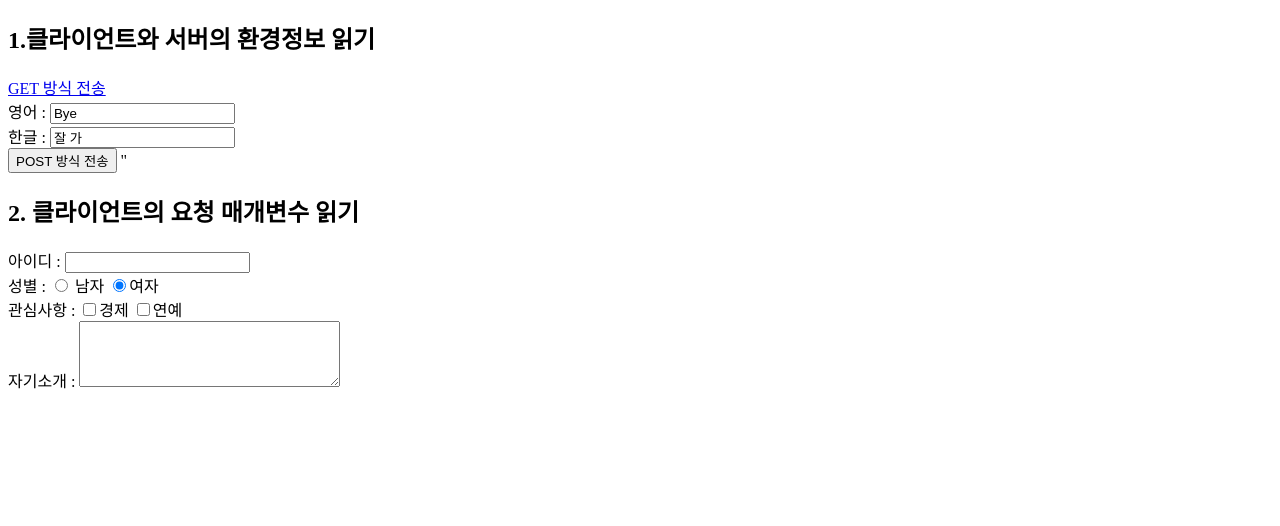
Repository: KJH981020/JSP_servlet
Page: http://localhost/MustHaveJSP_/02ImplicitObject/RequestMain.jsp
The author's editor kept a copy of each file at every save. The page is drawn from the files as they stood at one save, then again after the next save.
The browser window is 1280 px wide. The pictures show the whole page.
The page is served by Tomcat 9.

Above is the page before, as saved 2025-05-02 05:55:05.

After the next save:
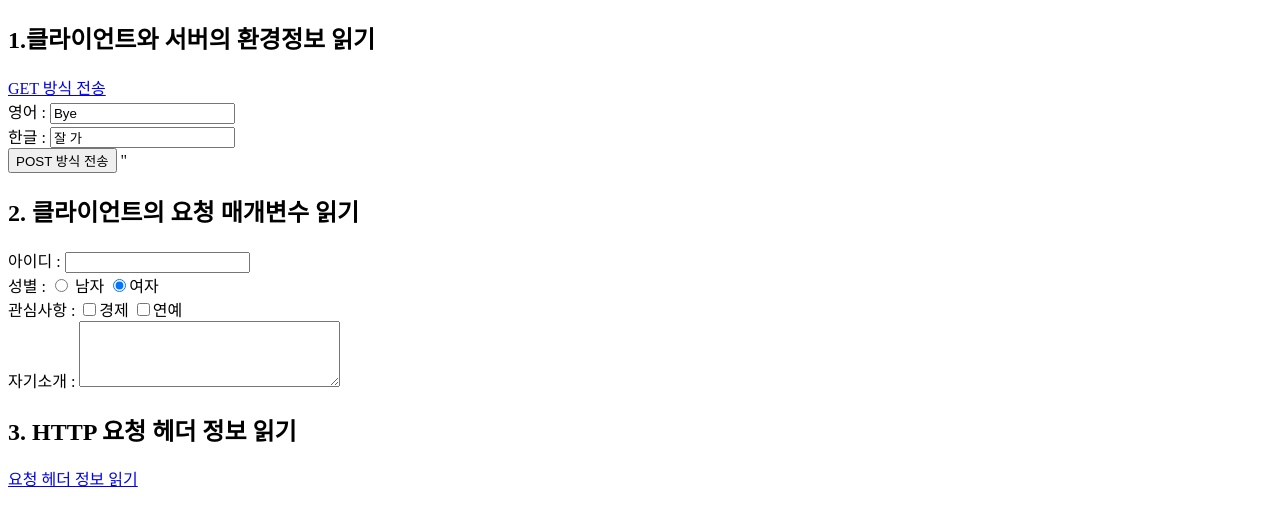
Saved 81 s later.
--- a/MustHaveJSP_/src/main/webapp/02ImplicitObject/RequestMain.jsp
+++ b/MustHaveJSP_/src/main/webapp/02ImplicitObject/RequestMain.jsp
@@ -31,7 +31,11 @@
 			자기소개 :
 			<textarea name="intro" cols="30" rows="4"></textarea>
 			<br />
+		</form>
 
-		</form>
+		<h2>3. HTTP 요청 헤더 정보 읽기</h2>
+		<a href="RequestHeader.jsp">
+			요청 헤더 정보 읽기
+		</a>
 	</body>
 </html>
